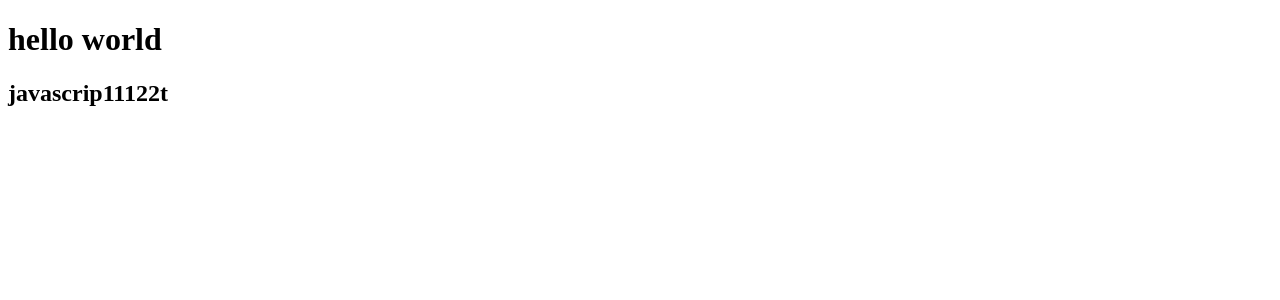
Repository: rayxiehui/JavaScript
Page: index.html
The author's editor kept a copy of each file at every save. The page is drawn from the files as they stood at one save, then again after the next save.
The browser window is 1280 px wide. The pictures show the whole page.

Above is the page before, as saved 2020-01-31 20:15:14.

### index.html
<!DOCTYPE html>
<html lang="en">
  <head>
    <meta charset="UTF-8" />
    <title>谢辉的记录</title>
  </head>
  <script></script>

  <body>
    <h1>hello world</h1>
    <h2>javascrip11122t</h2>
  </body>
</html>

After the next save:
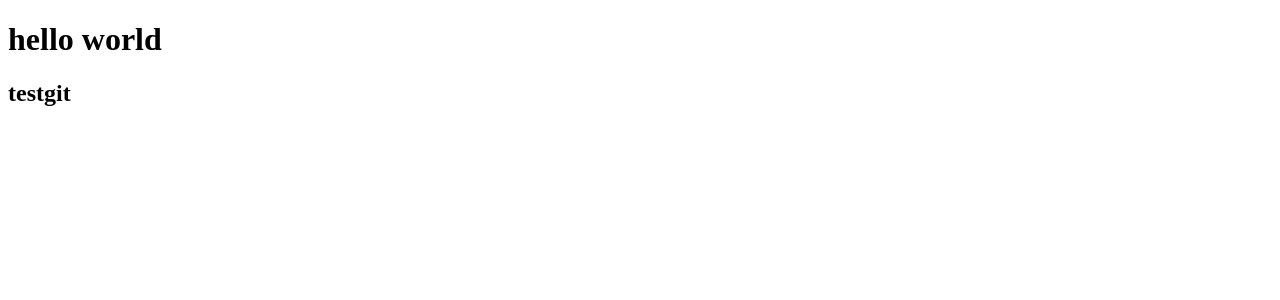
Saved 40 min 27 s later.
--- a/index.html
+++ b/index.html
@@ -8,6 +8,6 @@
 
   <body>
     <h1>hello world</h1>
-    <h2>javascrip11122t</h2>
+    <h2>testgit</h2>
   </body>
 </html>
